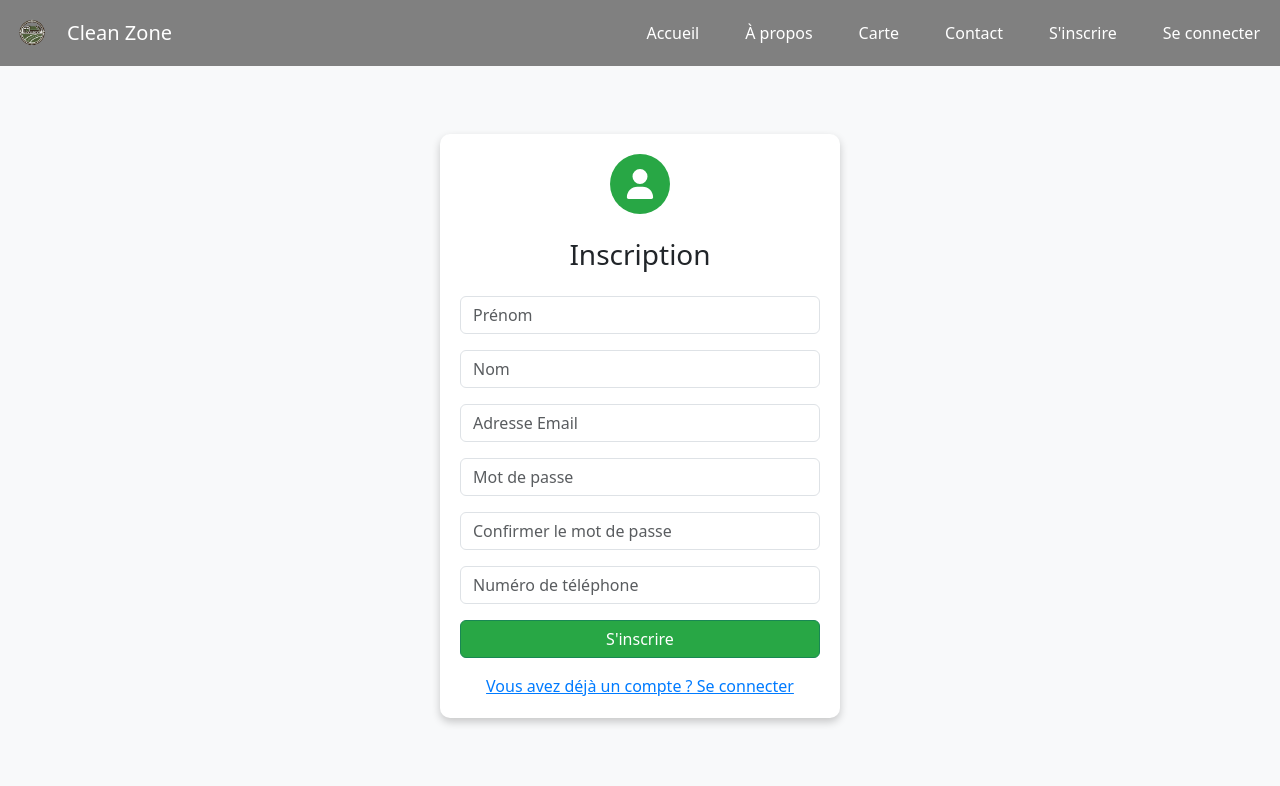
Repository: SystemInfoGeo/QGISproject
Page: /signup (app in NEXT/)
These files come from the project's save history. The page is drawn as it stood at one moment and after the next save; the edit follows.
The browser window is 1280 px wide. The pictures show the whole page.
The project was rebuilt for these pictures with package versions that can differ from the ones it lists, and the page was loaded fresh each time. The framework's server and built-in components were replaced by stand-ins that run in the browser. Also part of the build but not shown: NEXT/next.config.mjs.

Above is the page before, as saved 2024-09-16 17:23:23.

### NEXT/pages/_app.js
// pages/_app.js
import { AuthProvider } from '../context/AuthContext';
import 'bootstrap/dist/css/bootstrap.min.css'; // Import Bootstrap CSS ici

function MyApp({ Component, pageProps }) {
  return (
    <AuthProvider>
      <Component {...pageProps} />
    </AuthProvider>
  );
}

export default MyApp;

### NEXT/pages/signup.js
import { useState } from 'react';
import axios from 'axios';
import { useRouter } from 'next/router';
import 'bootstrap/dist/css/bootstrap.min.css'; // Importation de Bootstrap pour le style
import Navbar from '../components/Navbar';
import { FontAwesomeIcon } from '@fortawesome/react-fontawesome';
import { faUser } from '@fortawesome/free-solid-svg-icons'; // Importer l'icône utilisateur
import '../styles/Signup.css'; // Import du fichier CSS externe

const Signup = () => {
  const [email, setEmail] = useState('');
  const [password, setPassword] = useState('');
  const [confirmPassword, setConfirmPassword] = useState('');
  const [firstName, setFirstName] = useState('');
  const [lastName, setLastName] = useState('');
  const [phoneNumber, setPhoneNumber] = useState('');
  const [error, setError] = useState('');
  const [loading, setLoading] = useState(false);
  const router = useRouter();

  const handleSubmit = async (e) => {
    e.preventDefault();
    setError('');
    setLoading(true);

    if (password !== confirmPassword) {
      setError('Les mots de passe ne correspondent pas.');
      setLoading(false);
      return;
    }

    const emailPattern = /^[^\s@]+@[^\s@]+\.[^\s@]+$/;
    if (!emailPattern.test(email)) {
      setError('Adresse email invalide.');
      setLoading(false);
      return;
    }

    const phonePattern = /^[0-9]{10,15}$/;
    if (!phonePattern.test(phoneNumber)) {
      setError('Numéro de téléphone invalide.');
      setLoading(false);
      return;
    }

    try {
      const response = await axios.post(`${process.env.NEXT_PUBLIC_API_URL}/signup`, {
        email,
        password,
        confirm_password: confirmPassword,
        first_name: firstName,
        last_name: lastName,
        phone_number: phoneNumber
      });

      if (response.status === 201) {
        setEmail('');
        setPassword('');
        setConfirmPassword('');
        setFirstName('');
        setLastName('');
        setPhoneNumber('');

        router.push('/login');
      }
    } catch (error) {
      if (error.response && error.response.data.error) {
        setError(error.response.data.error);
      } else {
        setError('Erreur lors de l\'inscription. Veuillez réessayer.');
      }
    } finally {
      setLoading(false);
    }
  };

  return (
    <>
      <Navbar /> {/* Inclusion de la Navbar */}

      {/* Contenu principal de la page d'inscription */}
      <div className="d-flex justify-content-center align-items-center vh-100 bg-light">
        <div className="signup-container">
          <div className="signup-icon mb-4 mx-auto d-flex justify-content-center align-items-center">
            <FontAwesomeIcon icon={faUser} size="2x" className="text-white" />
          </div>
          <h3 className="text-center mb-4">Inscription</h3>
          <form onSubmit={handleSubmit}>
            <div className="mb-3">
              <input
                type="text"
                className="form-control"
                id="firstName"
                placeholder="Prénom" // Placeholder à la place de <label>
                value={firstName}
                onChange={(e) => setFirstName(e.target.value)}
                required
              />
            </div>
            <div className="mb-3">
              <input
                type="text"
                className="form-control"
                id="lastName"
                placeholder="Nom" // Placeholder à la place de <label>
                value={lastName}
                onChange={(e) => setLastName(e.target.value)}
                required
              />
            </div>
            <div className="mb-3">
              <input
                type="email"
                className="form-control"
                id="email"
                placeholder="Adresse Email" // Placeholder à la place de <label>
                value={email}
                onChange={(e) => setEmail(e.target.value)}
                required
              />
            </div>
            <div className="mb-3">
              <input
                type="password"
                className="form-control"
                id="password"
                placeholder="Mot de passe" // Placeholder à la place de <label>
                value={password}
                onChange={(e) => setPassword(e.target.value)}
                required
              />
            </div>
            <div className="mb-3">
              <input
                type="password"
                className="form-control"
                id="confirmPassword"
                placeholder="Confirmer le mot de passe" // Placeholder à la place de <label>
                value={confirmPassword}
                onChange={(e) => setConfirmPassword(e.target.value)}
                required
              />
            </div>
            <div className="mb-3">
              <input
                type="tel"
                className="form-control"
                id="phoneNumber"
                placeholder="Numéro de téléphone" // Placeholder à la place de <label>
                value={phoneNumber}
                onChange={(e) => setPhoneNumber(e.target.value)}
                required
              />
            </div>
            <button type="submit" className="btn btn-success w-100 signup-btn" disabled={loading}>
              {loading ? 'Inscription en cours...' : "S'inscrire"}
            </button>
            {error && <p className="text-danger mt-3">{error}</p>}
          </form>
          <div className="text-center mt-3">
            <a href="/login">Vous avez déjà un compte ? Se connecter</a>
          </div>
        </div>
      </div>
    </>
  );
};

export default Signup;

### NEXT/context/AuthContext.js
import { createContext, useContext, useState, useEffect } from 'react';
import { Spinner } from 'react-bootstrap';
import jwt_decode from 'jwt-decode';

// Créez le contexte
const AuthContext = createContext();

// Créez un hook pour utiliser le contexte facilement
export const useAuth = () => useContext(AuthContext);

// Créer un fournisseur pour encapsuler l'état de connexion global
export const AuthProvider = ({ children }) => {
  const [loggedIn, setLoggedIn] = useState(false);
  const [loading, setLoading] = useState(true);  // Indicateur de chargement
  const [user, setUser] = useState(null);        // Stockage des informations utilisateur

  // Fonction pour vérifier la validité du token
  const isTokenValid = (token) => {
    try {
      const decodedToken = jwt_decode(token);  // Décodage du token JWT
      const currentTime = Date.now() / 1000;  // Temps actuel en secondes
      if (decodedToken.exp > currentTime) {
        return true;  // Le token est valide
      } else {
        console.warn("Le token a expiré.");
        return false;  // Le token est expiré
      }
    } catch (error) {
      console.error("Erreur lors du décodage du token:", error);
      return false;  // Le token est invalide
    }
  };

  // Vérification de la connexion au démarrage
  useEffect(() => {
    const token = localStorage.getItem('token');
    const userInfo = localStorage.getItem('user');

    // Vérification de la présence des données
    if (token && userInfo) {
      try {
        // Vérifier si le token est valide
        if (isTokenValid(token)) {
          setLoggedIn(true);

          // Essayer de parser les informations utilisateur
          try {
            const parsedUser = JSON.parse(userInfo);  // Charger les informations utilisateur
            setUser(parsedUser);
          } catch (error) {
            console.error("Erreur lors du parsing des informations utilisateur:", error);
            localStorage.removeItem('user');  // Supprimer les données corrompues
            setUser(null);
            setLoggedIn(false);
          }
        } else {
          // Le token est expiré ou invalide
          localStorage.removeItem('token');
          localStorage.removeItem('user');
          setLoggedIn(false);
        }
      } catch (error) {
        console.error("Erreur lors du traitement de la connexion:", error);
        setLoggedIn(false);
      }
    } else {
      // Si le token ou les infos utilisateur sont manquants
      console.warn("Aucun token ou informations utilisateur trouvés.");
      setLoggedIn(false);
    }

    setLoading(false);  // Fin du chargement
  }, []);

  // Fonction de connexion
  const login = (token, userInfo) => {
    if (token && userInfo) {
      localStorage.setItem('token', token);
      localStorage.setItem('user', JSON.stringify(userInfo));  // Enregistrer les informations utilisateur
      setUser(userInfo);
      setLoggedIn(true);
    } else {
      console.error("Le token ou les informations utilisateur sont manquants.");
    }
  };

  // Fonction de déconnexion
  const logout = () => {
    localStorage.removeItem('token');
    localStorage.removeItem('user');
    setUser(null);  // Réinitialiser les informations utilisateur
    setLoggedIn(false);
  };

  return (
    <AuthContext.Provider value={{ loggedIn, login, logout, loading, user }}>
      {loading ? <Spinner animation="border" role="status" /> : children} {/* Afficher un spinner si en chargement */}
    </AuthContext.Provider>
  );
};

### NEXT/components/Navbar.js
import Link from 'next/link';
import { useAuth } from '../context/AuthContext'; // Importer le hook useAuth
import 'bootstrap/dist/css/bootstrap.min.css';
import { useEffect, useState } from 'react';

export default function Navbar() {
  const { loggedIn } = useAuth(); // Utiliser le hook pour accéder à l'état de connexion
  const [userRole, setUserRole] = useState(null); // Stocker le rôle de l'utilisateur

  // Vérification du rôle de l'utilisateur lors du chargement de la page
  useEffect(() => {
    const role = localStorage.getItem('role'); // Récupérer le rôle depuis localStorage
    if (role) {
      setUserRole(role); // Mettre à jour le rôle de l'utilisateur dans le state
      console.log('Rôle de l’utilisateur:', role); // Afficher le rôle dans la console pour déboguer
    } else {
      console.log('Aucun rôle trouvé dans le localStorage');
    }
  }, []);

  return (
    <nav className="navbar navbar-expand-lg" style={{ backgroundColor: '#808080' }}>
      <div className="container-fluid">
        <a className="navbar-brand" href="/" style={{ color: 'white', display: 'flex', alignItems: 'center' }}>
          <img src="/images/logo.jpg" alt="Logo" style={{ width: '40px', height: '40px', marginRight: '15px' }} />
          Clean Zone
        </a>
        <button className="navbar-toggler" type="button" data-bs-toggle="collapse" data-bs-target="#navbarNav" aria-controls="navbarNav" aria-expanded="false" aria-label="Toggle navigation">
          <span className="navbar-toggler-icon"></span>
        </button>
        <div className="collapse navbar-collapse" id="navbarNav">
          <ul className="navbar-nav ms-auto">
            <li className="nav-item">
              <Link href="/" legacyBehavior>
                <a className="nav-link" style={{ color: 'white', marginRight: '30px' }}>Accueil</a>
              </Link>
            </li>

            <li className="nav-item">
              <Link href="/apropos" legacyBehavior>
                 <a className="nav-link" style={{ color: 'white', marginRight: '30px' }}>À propos</a>
              </Link>
            </li>

            <li className="nav-item">
              <Link href="/CARTE" legacyBehavior>
                <a className="nav-link" style={{ color: 'white', marginRight: '30px' }}>Carte</a>
              </Link>
            </li>
            <li className="nav-item">
              <Link href="/contact" legacyBehavior>
                <a className="nav-link" style={{ color: 'white', marginRight: '30px' }}>Contact</a>
              </Link>
            </li>

            {/* Affichage conditionnel basé sur l'état de connexion et le rôle */}
            {loggedIn ? (
              <li className="nav-item">
                {/* Si l'utilisateur est admin, rediriger vers le profil admin, sinon vers le profil utilisateur */}
                {userRole === 'admin' ? (
                  <Link href="/admin/profile" legacyBehavior>
                    <a className="nav-link" style={{ color: 'white', marginRight: '30px' }}>
                      Profil Admin
                    </a>
                  </Link>
                ) : (
                  <Link href="/user/profile" legacyBehavior>
                    <a className="nav-link" style={{ color: 'white', marginRight: '30px' }}>
                      Profil
                    </a>
                  </Link>
                )}
              </li>
            ) : (
              <>
                <li className="nav-item">
                  <Link href="/signup" legacyBehavior>
                    <a className="nav-link" style={{ color: 'white', marginRight: '30px' }}>S'inscrire</a>
                  </Link>
                </li>
                <li className="nav-item">
                  <Link href="/login" legacyBehavior>
                    <a className="nav-link" style={{ color: 'white' }}>Se connecter</a>
                  </Link>
                </li>
              </>
            )}
          </ul>
        </div>
      </div>
    </nav>
  );
}

### NEXT/styles/Signup.css
.signup-container {
    background: white;
    padding: 20px;
    border-radius: 10px;
    box-shadow: 0 4px 8px rgba(0, 0, 0, 0.2);
    max-width: 400px;
    width: 100%;
  }

  .signup-icon {
    width: 60px;
    height: 60px;
    background-color: #28a745;
    border-radius: 50%;
    display: flex;
    justify-content: center;
    align-items: center;
    margin: 0 auto 20px;
  }

  .signup-icon svg {
    width: 30px;
    height: 30px;
  }

  .signup-btn {
    background-color: #28a745;
    color: white;
  }

  .signup-btn:disabled {
    background-color: #94d3a2;
  }

  .text-danger {
    color: #dc3545 !important;
  }

  .text-center a {
    color: #007bff;
  }

  .text-center a:hover {
    color: #0056b3;
  }

  .bg-light {
    background-color: #f8f9fa !important;
  }

After the next save:
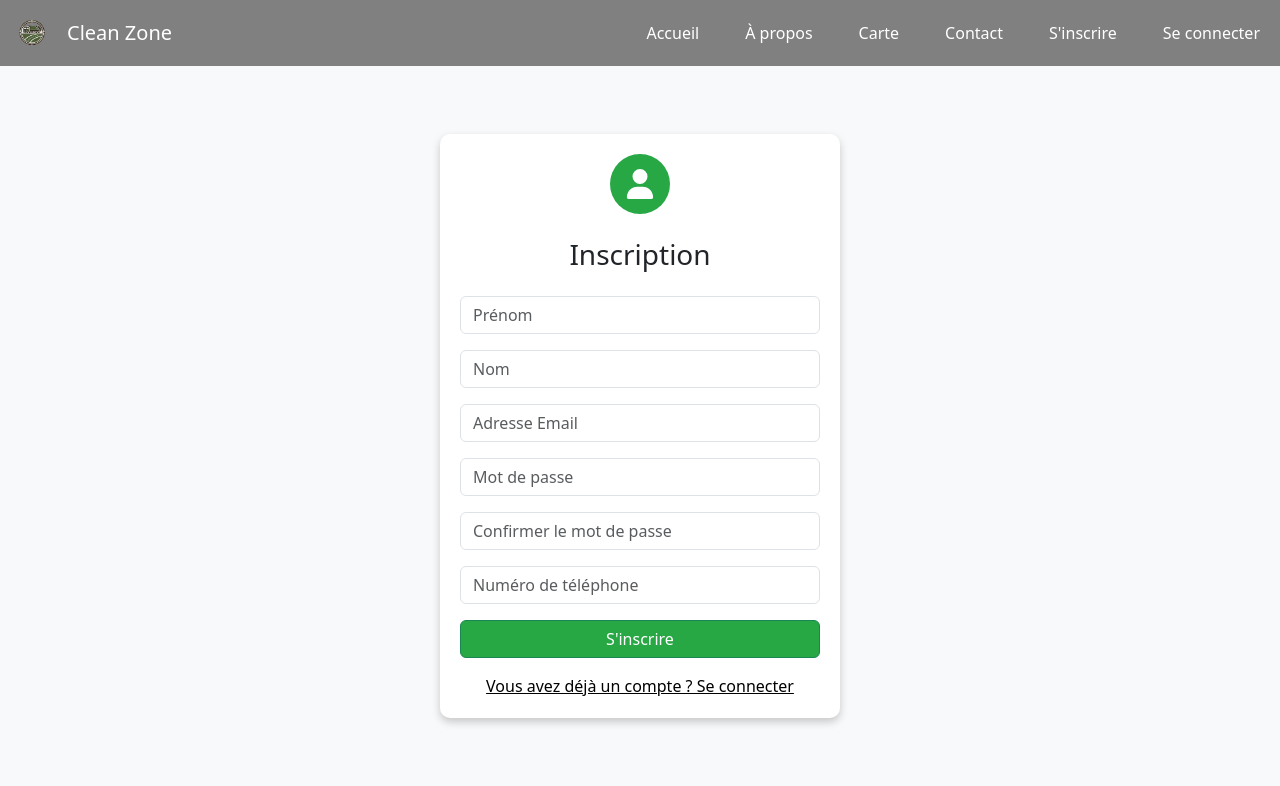
Saved 4 min 3 s later.
--- a/NEXT/styles/Signup.css
+++ b/NEXT/styles/Signup.css
@@ -40,9 +40,12 @@
     color: #007bff;
   }
 
-  .text-center a:hover {
-    color: #0056b3;
+  /* Changer la couleur du lien en noir */
+.text-center a {
+    color: #000; /* Remplacer par noir */
+    transition: color 0.3s ease;
   }
+
 
   .bg-light {
     background-color: #f8f9fa !important;
